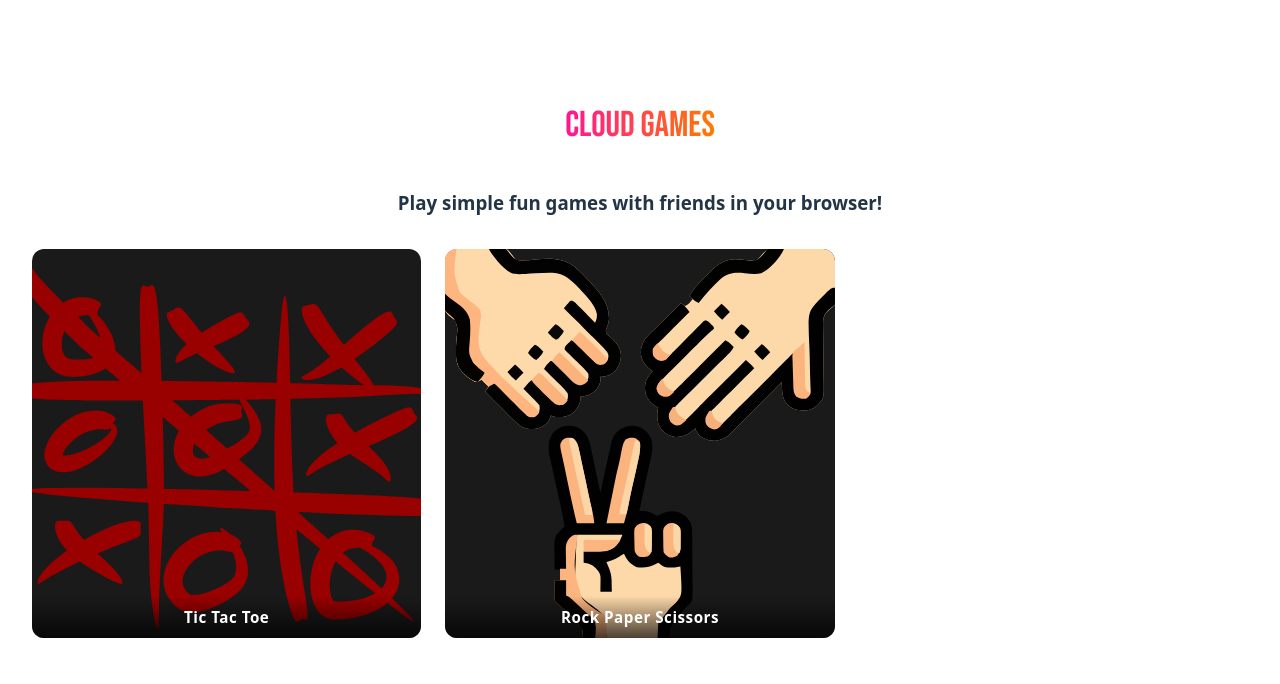
Repository: Sadotib/cloud-games
Page: / (app in client/)
An editor plug-in stored every save of this project. The page is shown before and after the next save, followed by the edit.
The browser window is 1280 px wide. The pictures show the whole page.
The project was rebuilt for these pictures with package versions that can differ from the ones it lists, and the page was loaded fresh each time. Also part of the build but not shown: client/vite.config.js.

Above is the page before, as saved 2025-12-21 22:04:15.
Console error: TypeError: Cannot read properties of null (reading 'addEventListener')

After the next save:
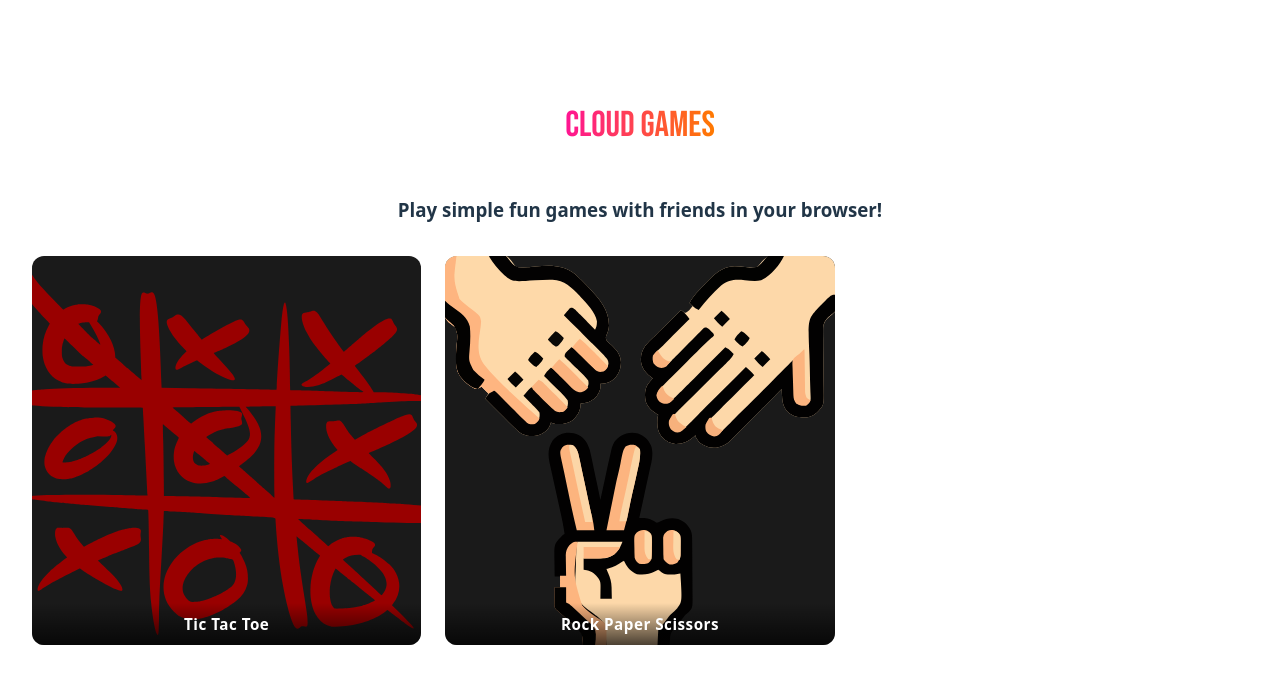
Saved 13 s later.
--- a/client/src/style.css
+++ b/client/src/style.css
@@ -52,7 +52,7 @@
 
 h1 {
   font-size: 5em;
-  line-height: 1.1;
+  /* line-height: 1.1; */
 }
 
 #app {

After the save that followed:
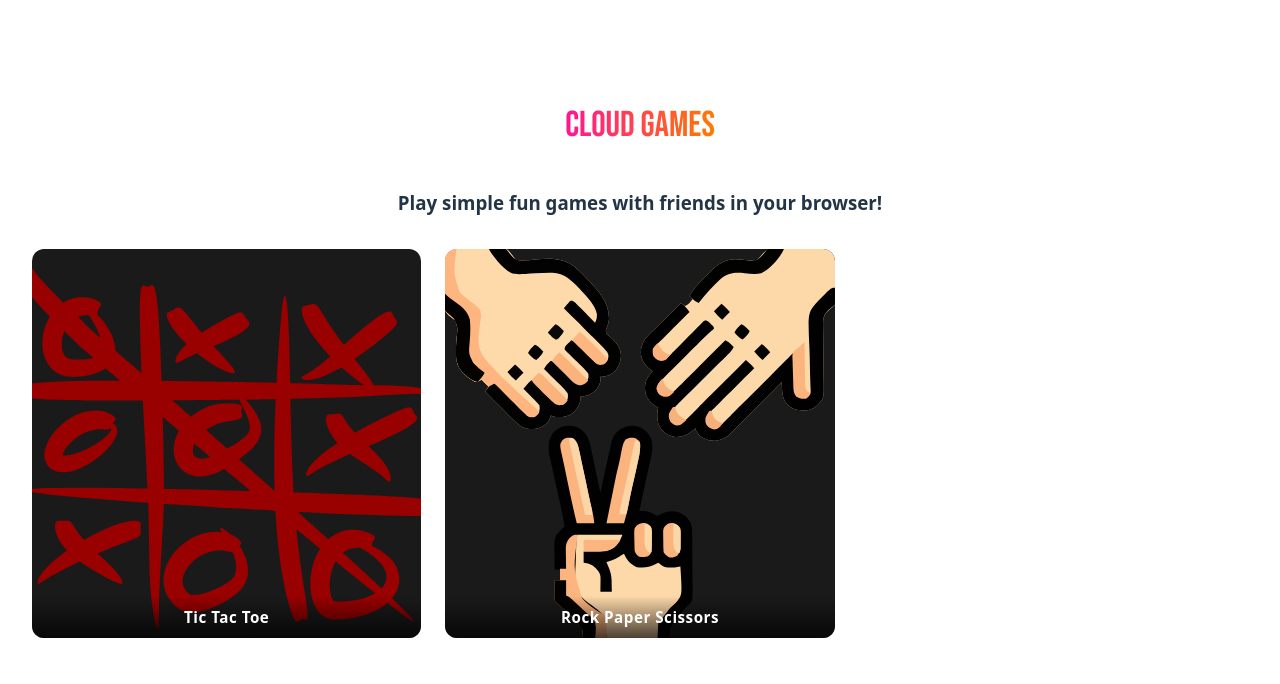
Saved 5 s later.
--- a/client/src/style.css
+++ b/client/src/style.css
@@ -51,8 +51,8 @@
 }
 
 h1 {
-  font-size: 5em;
-  /* line-height: 1.1; */
+  font-size: 3.2em;
+  line-height: 1.1;
 }
 
 #app {
